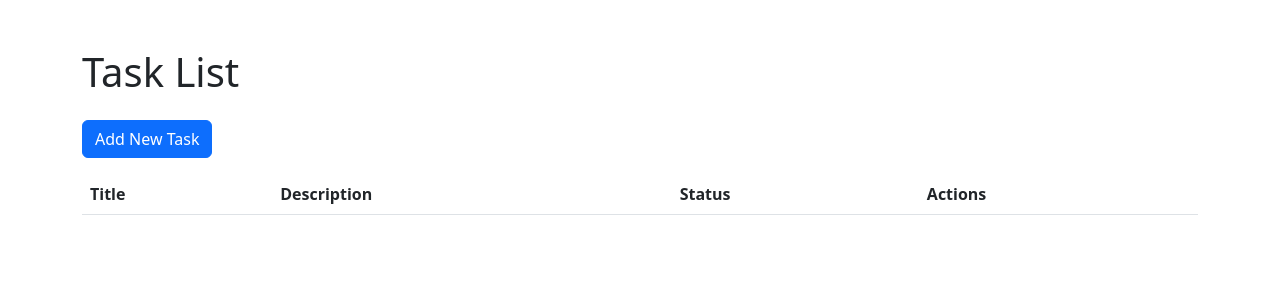
Repository: Abdulahi338/Crude-operation-using-MVC
Page: http://localhost/tasks
An editor plug-in stored every save of this project. The page is shown before and after the next save, followed by the edit.
The browser window is 1280 px wide. The pictures show the whole page.
The page is served by the project's Laravel application, run on PHP 8.4 with Laravel 12. Queries for data that is not in the repository find no rows.

Above is the page before, as saved 2024-08-31 17:17:31.

After the next save:
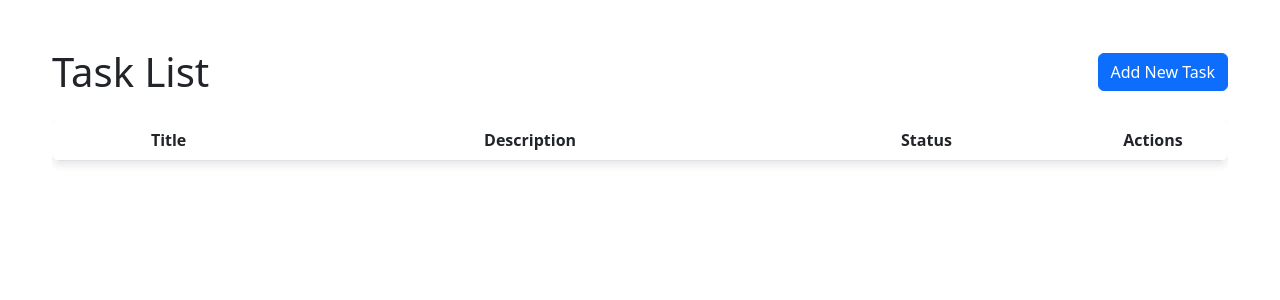
Saved 69 s later.
--- a/resources/views/tasks/index.blade.php
+++ b/resources/views/tasks/index.blade.php
@@ -1,46 +1,77 @@
 <!DOCTYPE html>
-<html>
+<html lang="en">
 <head>
+    <meta charset="UTF-8">
+    <meta name="viewport" content="width=device-width, initial-scale=1.0">
     <title>Task List</title>
     <link href="https://stackpath.bootstrapcdn.com/bootstrap/5.3.0/css/bootstrap.min.css" rel="stylesheet">
+    <style>
+        .container {
+            max-width: 1200px;
+        }
+        .task-list {
+            border-radius: 0.5rem;
+            overflow: hidden;
+            box-shadow: 0 4px 8px rgba(0, 0, 0, 0.1);
+        }
+        .task-list thead {
+            background-color: #f8f9fa;
+        }
+        .task-list th {
+            text-align: center;
+        }
+        .task-list td {
+            vertical-align: middle;
+        }
+        .badge-success {
+            background-color: #198754;
+        }
+        .badge-danger {
+            background-color: #dc3545;
+        }
+    </style>
 </head>
 <body>
     <div class="container mt-5">
-        <h1 class="mb-4">Task List</h1>
-        <a href="{{ route('tasks.create') }}" class="btn btn-primary mb-3">Add New Task</a>
-        <table class="table table-striped" >
-            <thead>
-                <tr>
-                    <th scope="col">Title</th>
-                    <th scope="col">Description</th>
-                    <th scope="col">Status</th>
-                    <th scope="col">Actions</th>
-                </tr>
-            </thead>
-            <tbody>
-                @foreach ($tasks as $task)
+        <div class="d-flex justify-content-between align-items-center mb-4">
+            <h1 class="mb-0">Task List</h1>
+            <a href="{{ route('tasks.create') }}" class="btn btn-primary">Add New Task</a>
+        </div>
+        <div class="table-responsive">
+            <table class="table table-striped task-list">
+                <thead>
                     <tr>
-                        <td>{{ $task->title }}</td>
-                        <td>{{ $task->description }}</td>
-                        <td>
-                            @if ($task->completed)
-                                <span class="badge bg-success">Completed</span>
-                            @else
-                                <span class="badge bg-danger">Not Completed</span>
-                            @endif
-                        </td>
-                        <td>
-                            <a href="{{ route('tasks.edit', $task->id) }}" class="btn btn-warning btn-sm">Edit</a>
-                            <form action="{{ route('tasks.destroy', $task->id) }}" method="POST" style="display:inline;">
-                                @csrf
-                                @method('DELETE')
-                                <button type="submit" class="btn btn-danger btn-sm">Delete</button>
-                            </form>
-                        </td>
+                        <th scope="col">Title</th>
+                        <th scope="col">Description</th>
+                        <th scope="col">Status</th>
+                        <th scope="col" style="width: 150px;">Actions</th>
                     </tr>
-                @endforeach
-            </tbody>
-        </table>
+                </thead>
+                <tbody>
+                    @foreach ($tasks as $task)
+                        <tr>
+                            <td>{{ $task->title }}</td>
+                            <td>{{ $task->description }}</td>
+                            <td>
+                                @if ($task->completed)
+                                    <span class="badge bg-success">Completed</span>
+                                @else
+                                    <span class="badge bg-danger">Not Completed</span>
+                                @endif
+                            </td>
+                            <td class="text-center">
+                                <a href="{{ route('tasks.edit', $task->id) }}" class="btn btn-warning btn-sm">Edit</a>
+                                <form action="{{ route('tasks.destroy', $task->id) }}" method="POST" style="display:inline;">
+                                    @csrf
+                                    @method('DELETE')
+                                    <button type="submit" class="btn btn-danger btn-sm">Delete</button>
+                                </form>
+                            </td>
+                        </tr>
+                    @endforeach
+                </tbody>
+            </table>
+        </div>
     </div>
     <script src="https://cdn.jsdelivr.net/npm/@popperjs/core@2.11.6/dist/umd/popper.min.js"></script>
     <script src="https://stackpath.bootstrapcdn.com/bootstrap/5.3.0/js/bootstrap.min.js"></script>
